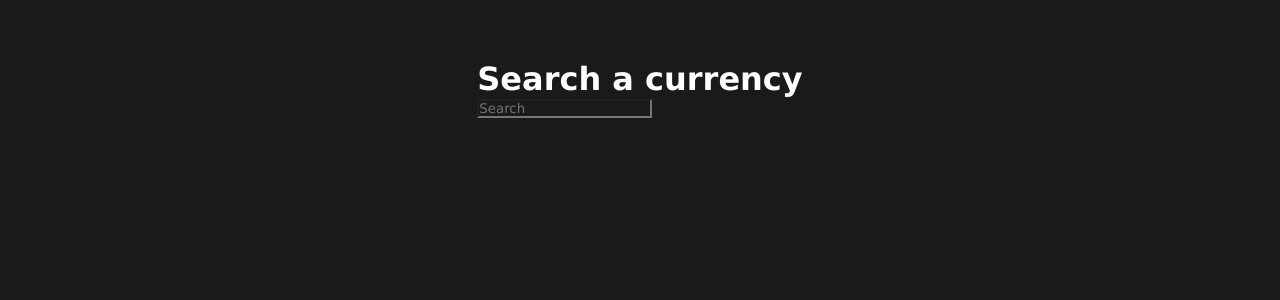
Repository: adder206/react-api-crypto-tracker
Page: /
These files come from the project's save history. The page is drawn as it stood at one moment and after the next save; the edit follows.
The browser window is 1280 px wide. The pictures show the whole page.
The page's requests for data from a server got no answer. The project was rebuilt for these pictures with package versions that can differ from the ones it lists, and the page was loaded fresh each time. No one was signed in, and anything a server would have sent is missing. Also part of the build but not shown: src/Coin.js, src/Coin.css.

Above is the page before, as saved 2021-03-12 10:50:00.

After the next save:
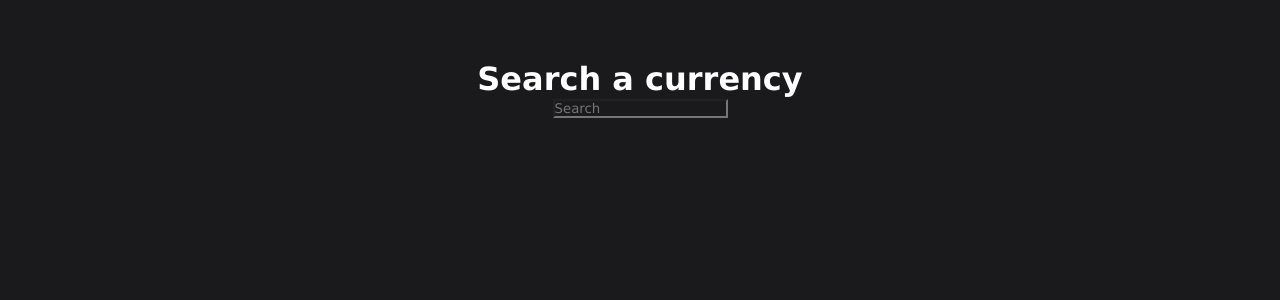
Saved 28 s later.
--- a/src/App.css
+++ b/src/App.css
@@ -18,6 +18,7 @@
 .coin-search {
   display: flex;
   flex-direction: column;
-  margin-bottom: auto;
-  justify-content: left;
+  margin-bottom: 50px;
+  justify-content: center;
+  align-items: center;
 }
